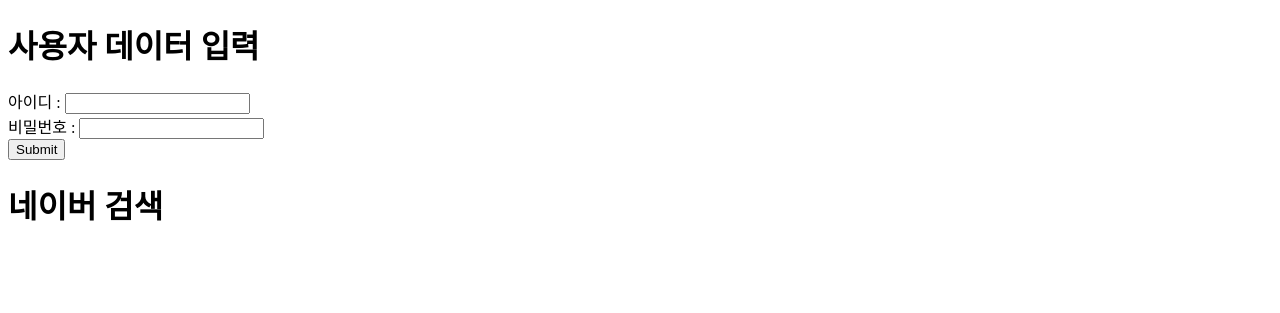
Repository: ithansiyeon/-
Page: class/client/ClientTest/WebContent/ex17_form.html
The author's editor kept a copy of each file at every save. The page is drawn from the files as they stood at one save, then again after the next save.
The browser window is 1280 px wide. The pictures show the whole page.

Above is the page before, as saved 2020-06-22 03:29:45.

After the next save:
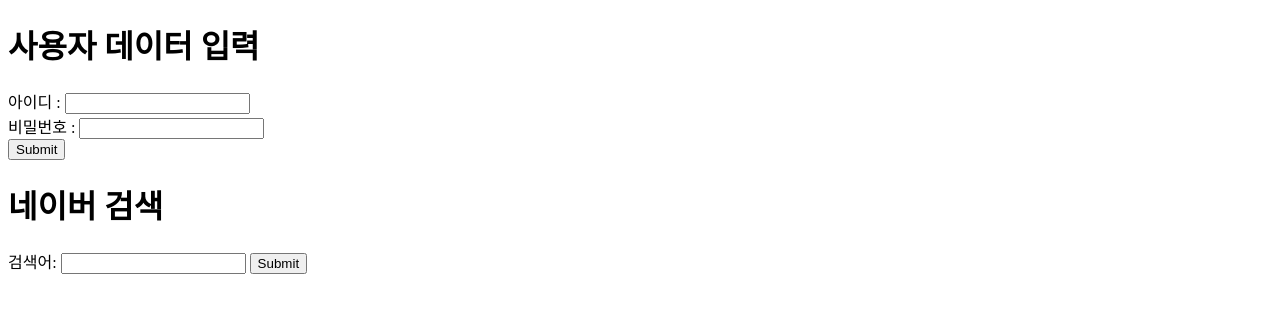
Saved 3 min 18 s later.
--- a/class/client/ClientTest/WebContent/ex17_form.html
+++ b/class/client/ClientTest/WebContent/ex17_form.html
@@ -64,5 +64,10 @@
         </form>
 
 	    <h1>네이버 검색</h1>
+
+	    <form action = "" method="GET">
+	    	검색어: <input type = "text" name = "query">
+	    	<input type = "submit">
+	    </form>
 </body>
 </html>
